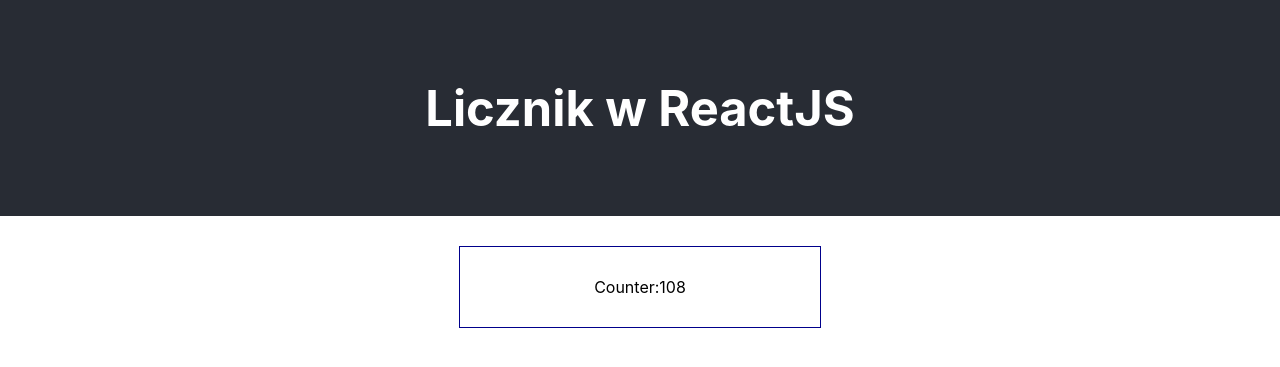
Repository: magdaf41/react-counter-app
Page: /
An editor plug-in stored every save of this project. The page is shown before and after the next save, followed by the edit.
The browser window is 1280 px wide. The pictures show the whole page.
The project was rebuilt for these pictures with package versions that can differ from the ones it lists, and the page was loaded fresh each time.

Above is the page before, as saved 2020-10-04 11:20:05.

### src/App.js
import React from 'react';
import './App.css';

import Counter from  './Counter';

function App() {
  return (
    <div className="App">
      <header className="App-header">
        <h1>Licznik w ReactJS</h1>
      </header>
      <Counter />
    </div>
  );

}
export default App;

### src/Counter.js
import React from 'react';
import './Counter.css';


function Counter(props) {

    return (
        <div className="counter">
            Counter:
            <span className="value">
                108
            </span>
        </div>
    );
}

export default Counter;

### src/Counter.css
.counter {
    border: 1px solid darkblue;
    padding: 30px;
    width: 300px;
    left: 0;
    right: 0;
    margin: 30px auto;
}

Loaded but not shown: public/index.html (common file); src/index.js (common file); src/index.css (common file); src/serviceWorker.js (common file); src/App.css (common file)

After the next save:
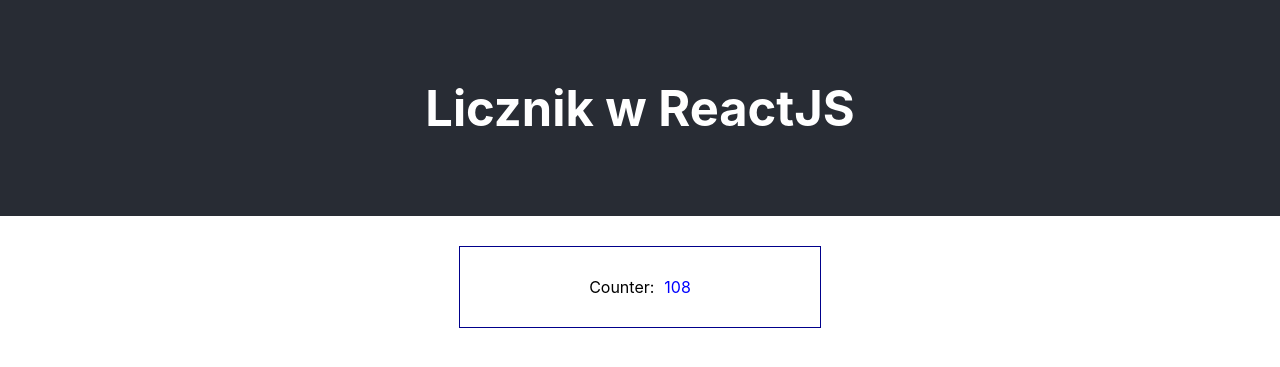
Saved 44 s later.
--- a/src/Counter.css
+++ b/src/Counter.css
@@ -6,3 +6,8 @@
     right: 0;
     margin: 30px auto;
 }
+
+.counter span.value {
+    margin-left: 10px;
+    color: blue;
+}
